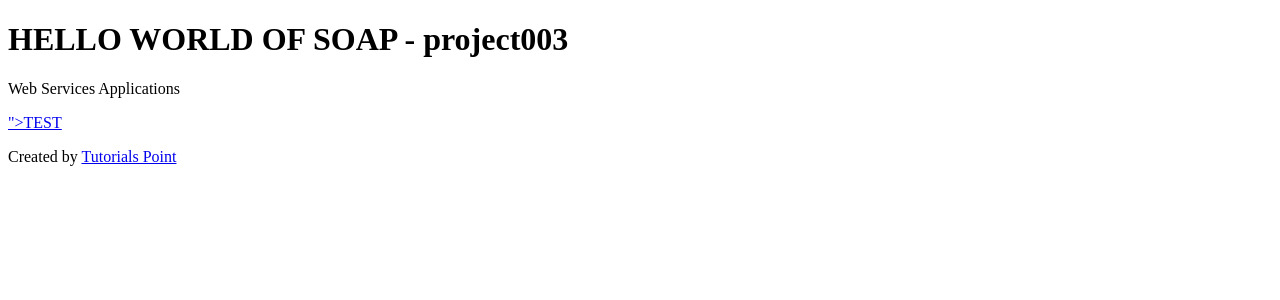
Repository: atafs/BackEnd_JAX-JAX-WS_SOAP
Page: http://localhost/Project_003_SOAP_server_ServiceAndContractFirst/
These files come from the project's save history. The page is drawn as it stood at one moment and after the next save; the edit follows.
The browser window is 1280 px wide. The pictures show the whole page.
The page is served by Tomcat 9.

Above is the page before, as saved 2016-01-26 10:52:27.

After the next save:
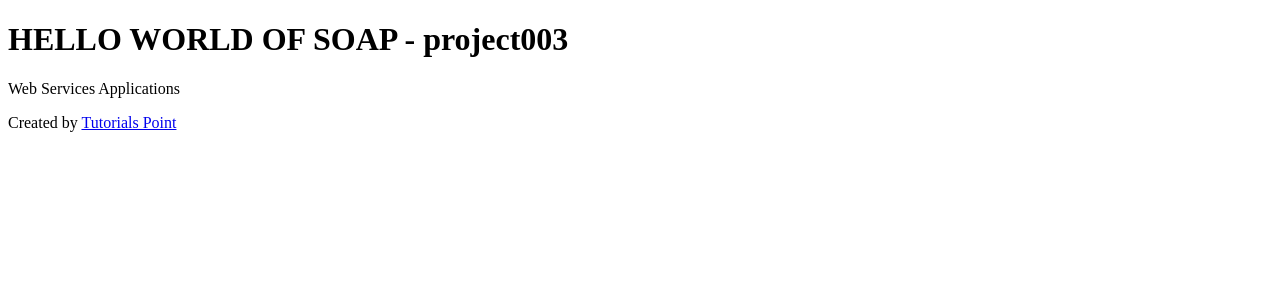
Saved 17 s later.
--- a/Project_003_SOAP_server_ServiceAndContractFirst/WebContent/index.jsp
+++ b/Project_003_SOAP_server_ServiceAndContractFirst/WebContent/index.jsp
@@ -13,9 +13,6 @@
 <body>
 	<h1>HELLO WORLD OF SOAP - project003</h1>
 	<p>Web Services Applications</p>
-
-	<a href="<c:url value="/jsp/index.htm"/>">TEST</a>
-
 </body>
 
 <!-- FOOTER -->
